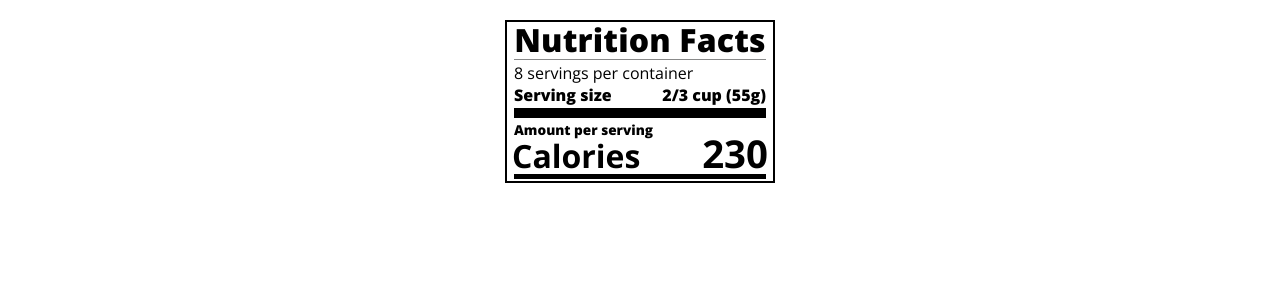
Repository: cipdanila/freeCodeCamp
Page: NutritionLabel/index.html
An editor plug-in stored every save of this project. The page is shown before and after the next save, followed by the edit.
The browser window is 1280 px wide. The pictures show the whole page.

Above is the page before, as saved 2023-10-09 20:06:26.

After the next save:
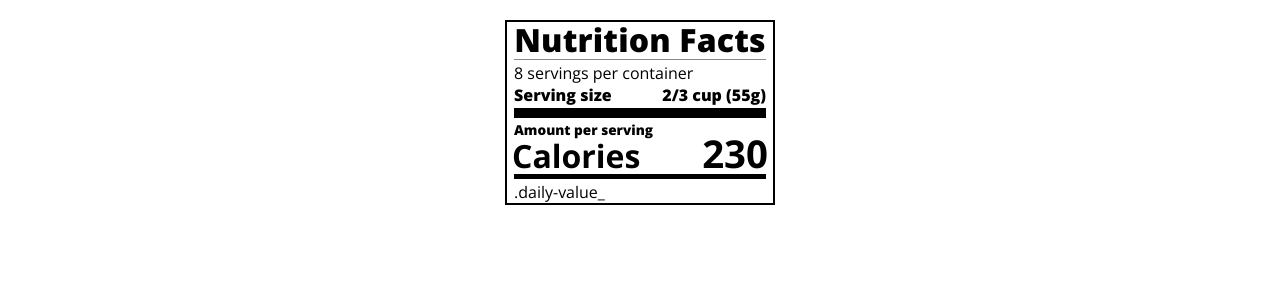
Saved 9 s later.
--- a/NutritionLabel/index.html
+++ b/NutritionLabel/index.html
@@ -24,7 +24,7 @@
             <span>230</span>
         </div>
         <div class="divider medium"></div>
-
+        .daily-value_
     </div>
 </body>
 </html>

After the save that followed:
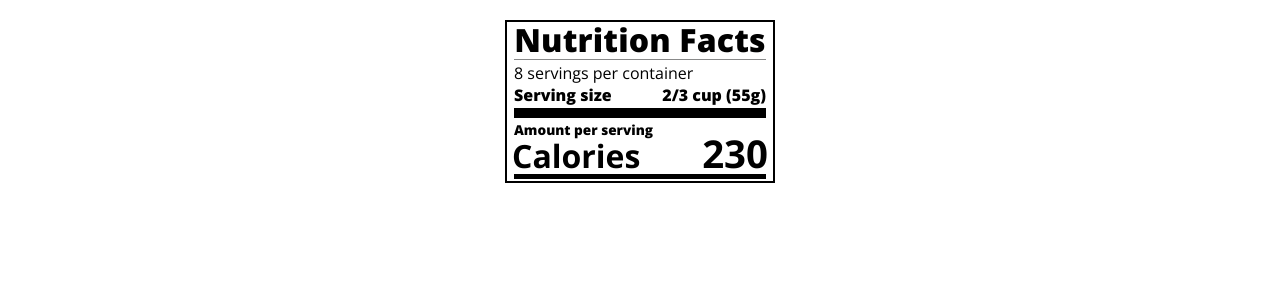
Saved 13 s later.
--- a/NutritionLabel/index.html
+++ b/NutritionLabel/index.html
@@ -24,7 +24,9 @@
             <span>230</span>
         </div>
         <div class="divider medium"></div>
-        .daily-value_
+        <div class="daily-value small-text">
+
+        </div>
     </div>
 </body>
 </html>
